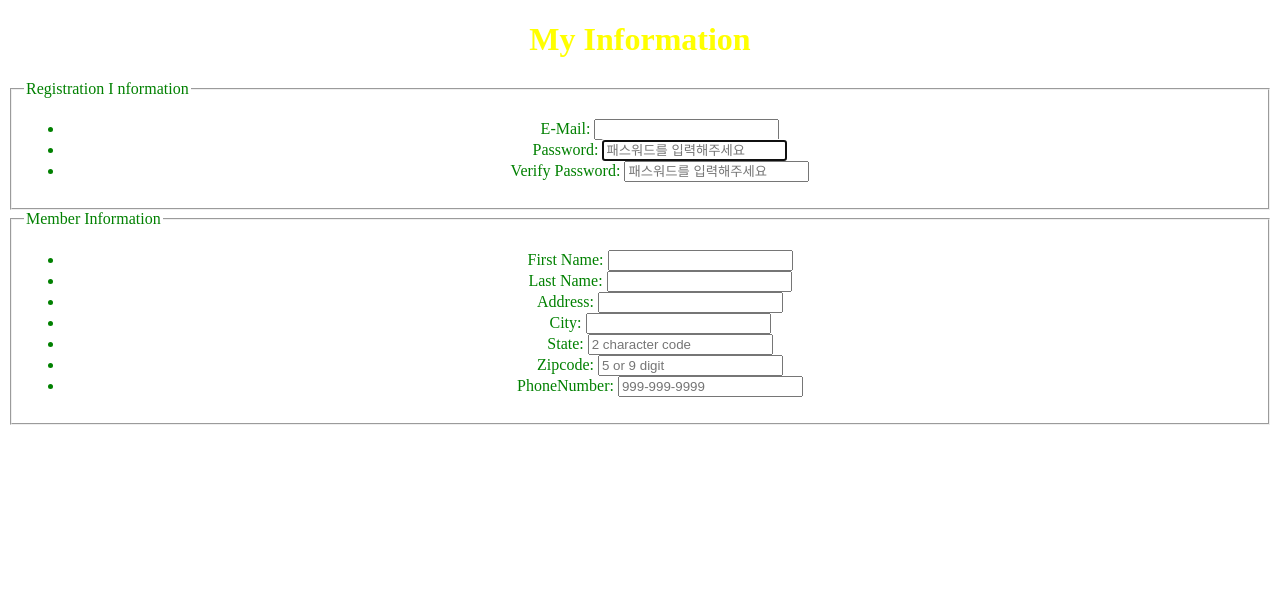
Repository: hyungju2/SSAFY_JavaPractice
Page: 20190211_HTML/web_java/HTMLProject/WebContent/html/hwfront01_서울_6반_이형주.html
The author's editor kept a copy of each file at every save. The page is drawn from the files as they stood at one save, then again after the next save.
The browser window is 1280 px wide. The pictures show the whole page.

Above is the page before, as saved 2019-02-11 08:48:42.

### 20190211_HTML/web_java/HTMLProject/WebContent/html/hwfront01_서울_6반_이형주.html
<!DOCTYPE html>
<html>
<head>
<meta charset="EUC-KR">
<title>Become a Reamember</title>
</head>
<body>
	<p align="center">
		<font color="yellow">
			<h1 align="center">My Information</h1>
		</font>
	<fieldset>
		<legend>
			<font color="green">Registration I nformation
		</legend>
		<!-- Field set안에서 사용되며, 내용을 설명해줌. -->
		<ul>
			<li align="center"><label for="name">E-Mail:</label> <input
				type="text" , id="id"></li>
			<li align="center"><label for="password">Password:</label> <input
				type="password" , id="password" autofocus required="required"
				placeholder="패스워드를 입력해주세요"></li>
			<li align="center"><label for="password">Verify
					Password:</label> <input type="password" , id="password" autofocus
				required="required" placeholder="패스워드를 입력해주세요"></li>
		</ul>
	</fieldset>


	<fieldset>
		<legend>
			<font color="green">Member Information
		</legend>
		<!-- Field set안에서 사용되며, 내용을 설명해줌. -->
		<ul>
			<li align="center"><label for="firstname">First Name:</label> <input
				type="text" , id="id"></li>
			<li align="center"><label for="Lastname">Last Name:</label> <input
				type="password" , id="password"></li>
			<li align="center"><label for="address">Address:</label> <input
				type="text" , address="address"></li>
			<li align="center"><label for="City">City:</label> <input
				type="text" , city="city"></li>

			<li align="center"><label for="State">State:</label> <input
				type="text" , state="state" autofocus required="required"
				placeholder="2 character code"></li>
			<li align="center"><label for="State">Zipcode:</label> <input
				type="text" , Zipcode="Zipcode" autofocus required="required"
				placeholder="5 or 9 digit"></li>
			<li align="center"><label for="PhoneNumber">PhoneNumber:</label> <input
				type="text" , PhoneNumber="PhoneNumber" autofocus required="required" placeholder="999-999-9999"></li>
		</ul>
	</fieldset>



</body>
</html>

After the next save:
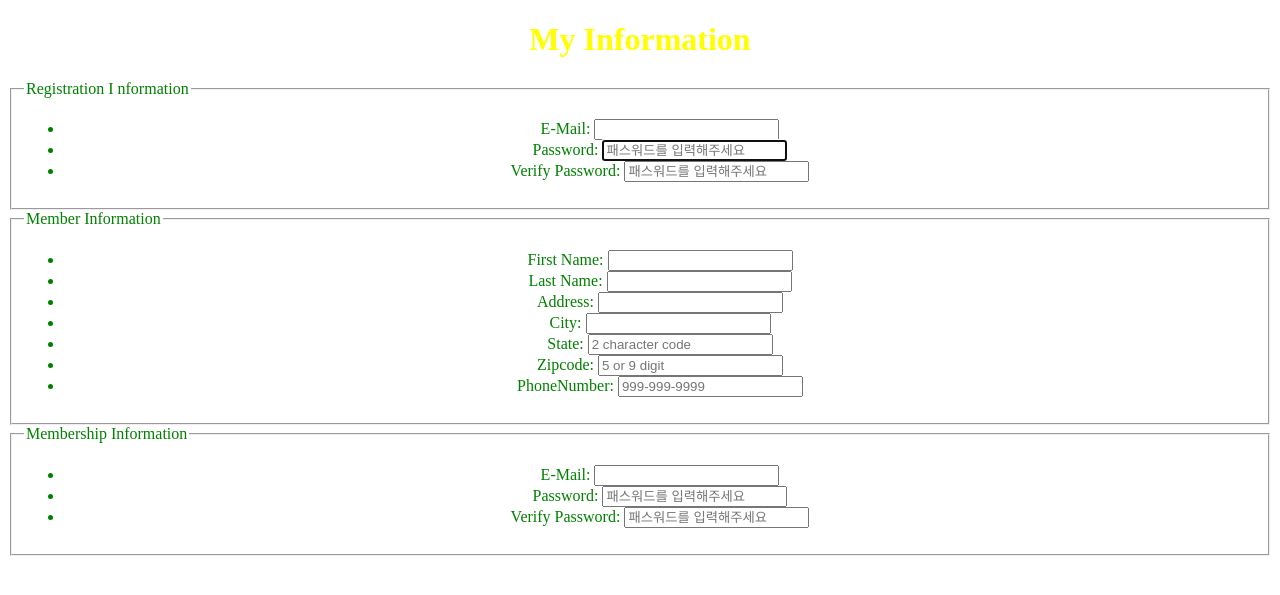
Saved 19 s later.
--- a/20190211_HTML/web_java/HTMLProject/WebContent/html/hwfront01_서울_6반_이형주.html
+++ b/20190211_HTML/web_java/HTMLProject/WebContent/html/hwfront01_서울_6반_이형주.html
@@ -53,6 +53,22 @@
 		</ul>
 	</fieldset>
 
+	<fieldset>
+		<legend>
+			<font color="green">Membership Information
+		</legend>
+		<!-- Field set안에서 사용되며, 내용을 설명해줌. -->
+		<ul>
+			<li align="center"><label for="name">E-Mail:</label> <input
+				type="text" , id="id"></li>
+			<li align="center"><label for="password">Password:</label> <input
+				type="password" , id="password" autofocus required="required"
+				placeholder="패스워드를 입력해주세요"></li>
+			<li align="center"><label for="password">Verify
+					Password:</label> <input type="password" , id="password" autofocus
+				required="required" placeholder="패스워드를 입력해주세요"></li>
+		</ul>
+	</fieldset>
 
 
 </body>
